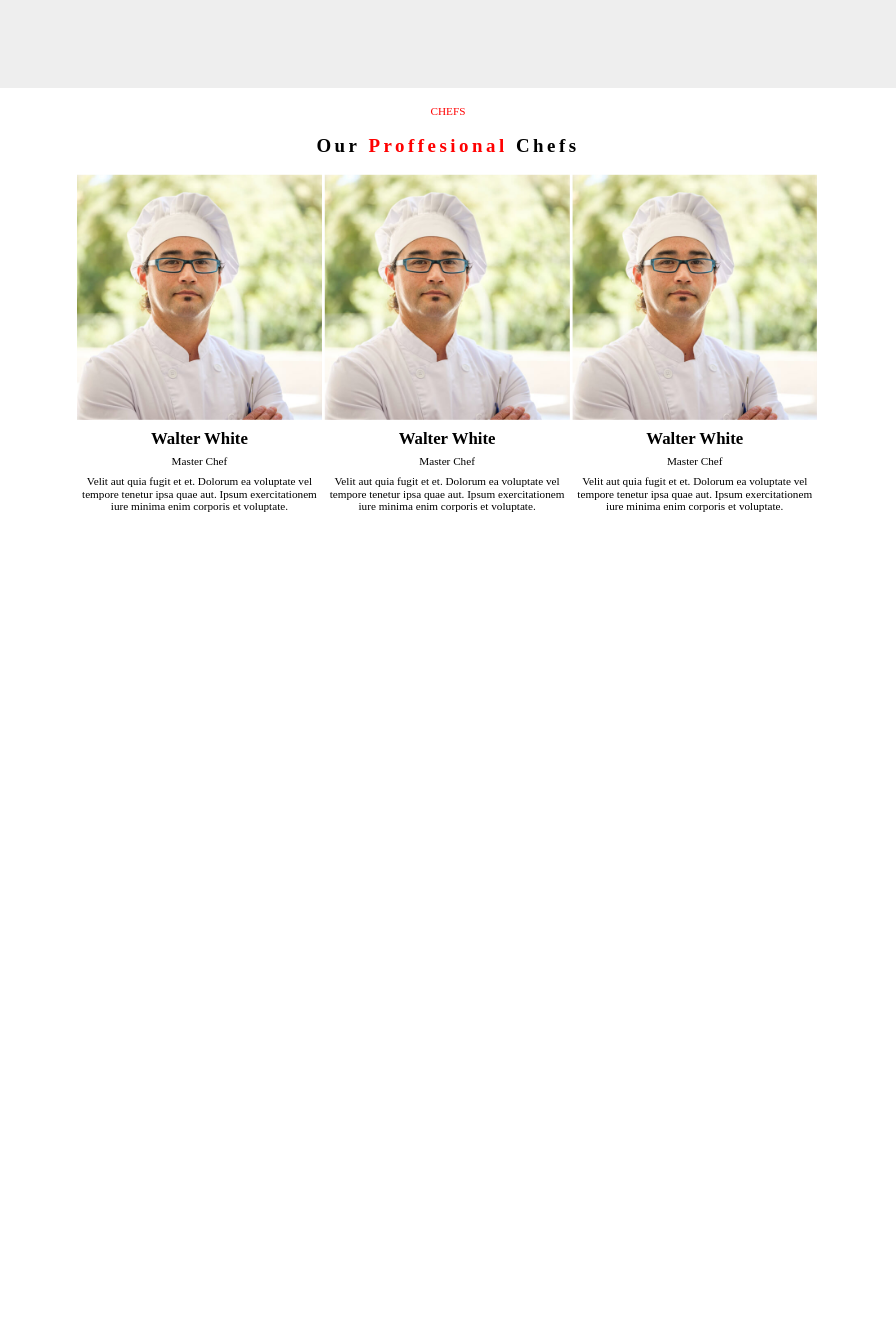
Repository: Ahmedalid/New-project
Page: Rout/index.html
An editor plug-in stored every save of this project. The page is shown before and after the next save, followed by the edit.
The browser window is 1280 px wide. The pictures show the part of the page from y = 674 to 2594 px (the page is 5000 px tall), at 70% of full size.

Above is the page before, as saved 2023-06-08 11:12:50.

After the next save:
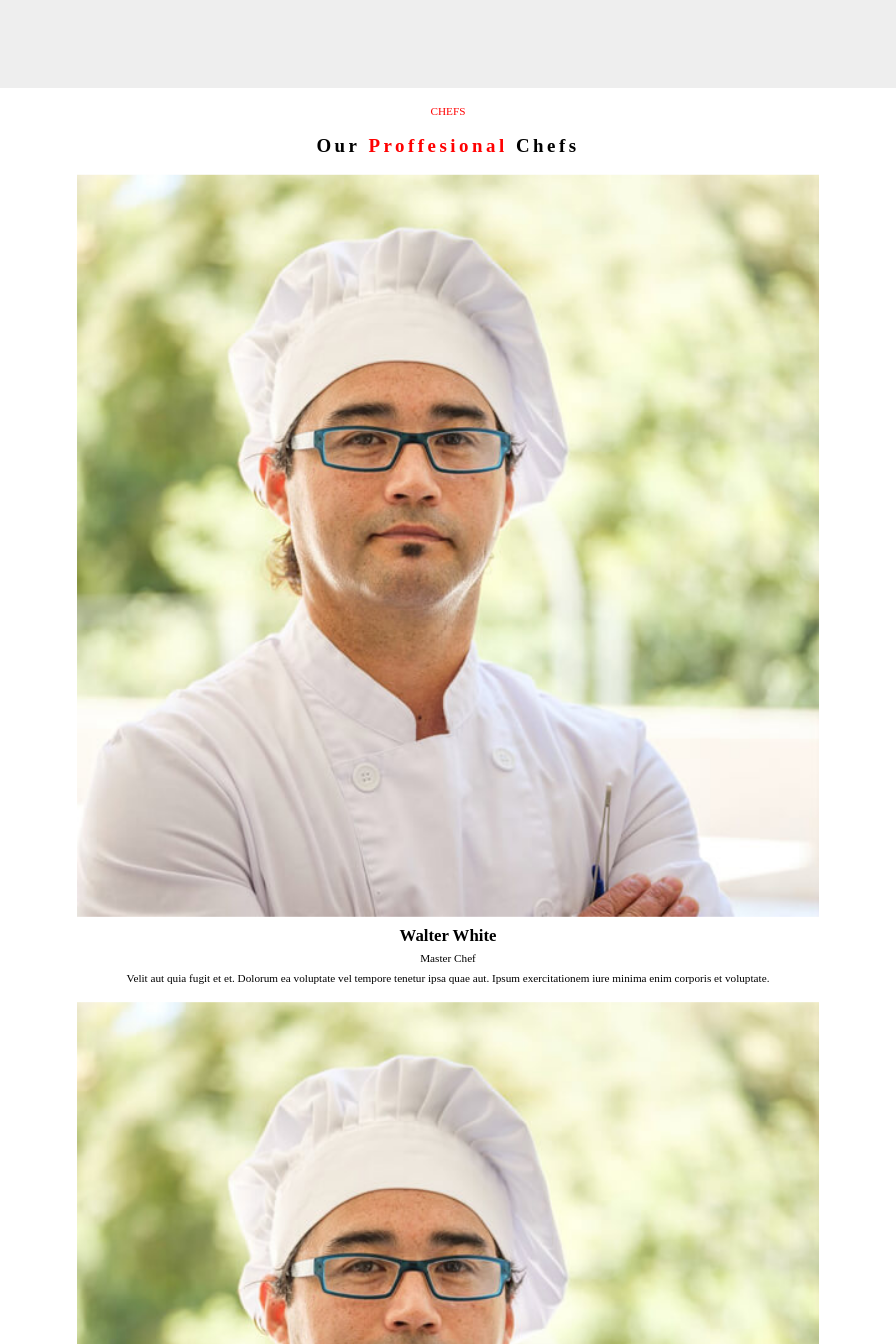
Saved 49 s later.
--- a/Rout/css/style.css
+++ b/Rout/css/style.css
@@ -135,8 +135,8 @@ img{
     font-size: 27px;
 }
 .card-img{
-    width: 33%;
-    display: inline-block;
+    /* width: 33%;
+    display: inline-block; */
     transition: 0.5s;
 }
 .mt-1{
